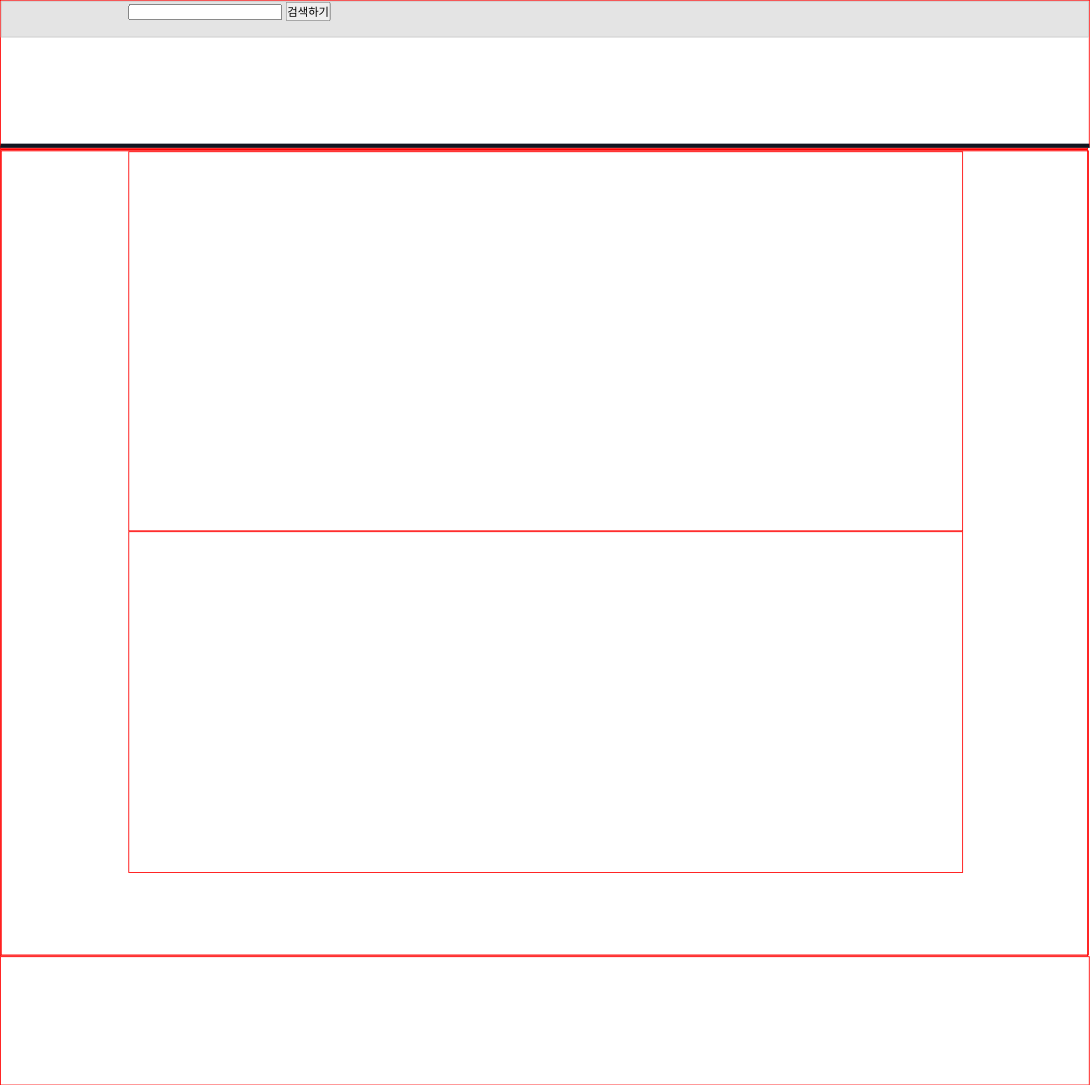
Repository: jungsoon-kim/home_study
Page: study/webzine.html
The author's editor kept a copy of each file at every save. The page is drawn from the files as they stood at one save, then again after the next save.
The browser window is 1280 px wide. The page is 1282 px wide, so the pictures cover 1282 px, including what lies to the right of the window. The pictures show the whole page, at 85% of full size.

Above is the page before, as saved 2015-09-14 14:24:56.

### study/webzine.html
<!doctype html>
<html lang="en">
<head>
	<meta charset="UTF-8" />
	<title>Document</title>
	<link rel="stylesheet" href="common.css" />
</head>
<body>
	<div id="wrap">
		<div id="header" class="bd">
				<div class="header-top">
					<div class="wrap">
						<fieldset>
							<legend class="ir">검색하기</legend>
							<label for="search"> </label>
							<input type="text" id="search" />
							<input type="submit" value="검색하기" />
						</fieldset>
					</div><!--common wrap[ex]-->

				</div><!--header-top[ex]-->
			<div class="wrap">


			</div><!--common wrap[ex]-->

		</div><!--header[ex]-->

		<div id="container" class="bd">

			<div id="visual" class="bd">


			</div><!--visual[ex]-->

			<div id="content" class="bd">
				<div class="wrap">
					<div class="article-top bd">

					</div><!--article-top[ex]-->

					<div class="article-down bd">

					</div><!--article-down[ex]-->

				</div><!--common wrap[ex]-->

			</div>

		</div><!--container[ex]-->

		<div id="footer" class="bd">
			<div class="wrap">


			</div><!--common wrap[ex]-->


		</div><!--footer[ex]-->


	</div><!--wrap[ex]-->


</body>
</html>

### study/common.css
*{margin: 0; padding: 0;}
ul,li {list-style-type: none;}
a {text-decoration: none;}
fieldset {border: 0 none;}
.clearfix:after {display:block; visibility:hidden; clear:both; height:0; content:'';}
.clearfix {*zoom:1;}
fieldset {border:0 none;}

.ir {width: 0; height: 0; font-size: 0; position:absolute; left:-999999px; top:-999999px; overflow:hidden;}
.bd {border:1px solid red;}
.bu {border: 1px solid blue;}
.by {border: 1px solid yellow;}
.bp { border:1px solid purple;}
.bb {border: 1px solid black;}
.bl {border:1px solid green;}

/*레이아웃*/
#wrap {width: 100%; height:auto; }
.wrap {width: 980px; margin: 0 auto;}
#header {width:100%; height:168px; border-bottom:5px #12151f solid;}
.header-top{height: 41px; background:#e4e4e4; border: 1px solid #cdcdcd;}







#contaier {width: 100%; height:1280px;}
.visual {width: 100%; height: 335px;}
#content {width: 100%; height: 945px;}
.article-top {width: 980px; height:445px;}
.article-down {width: 980px; height:400px;}
#footer {width: 100%; height:150px}

After the next save:
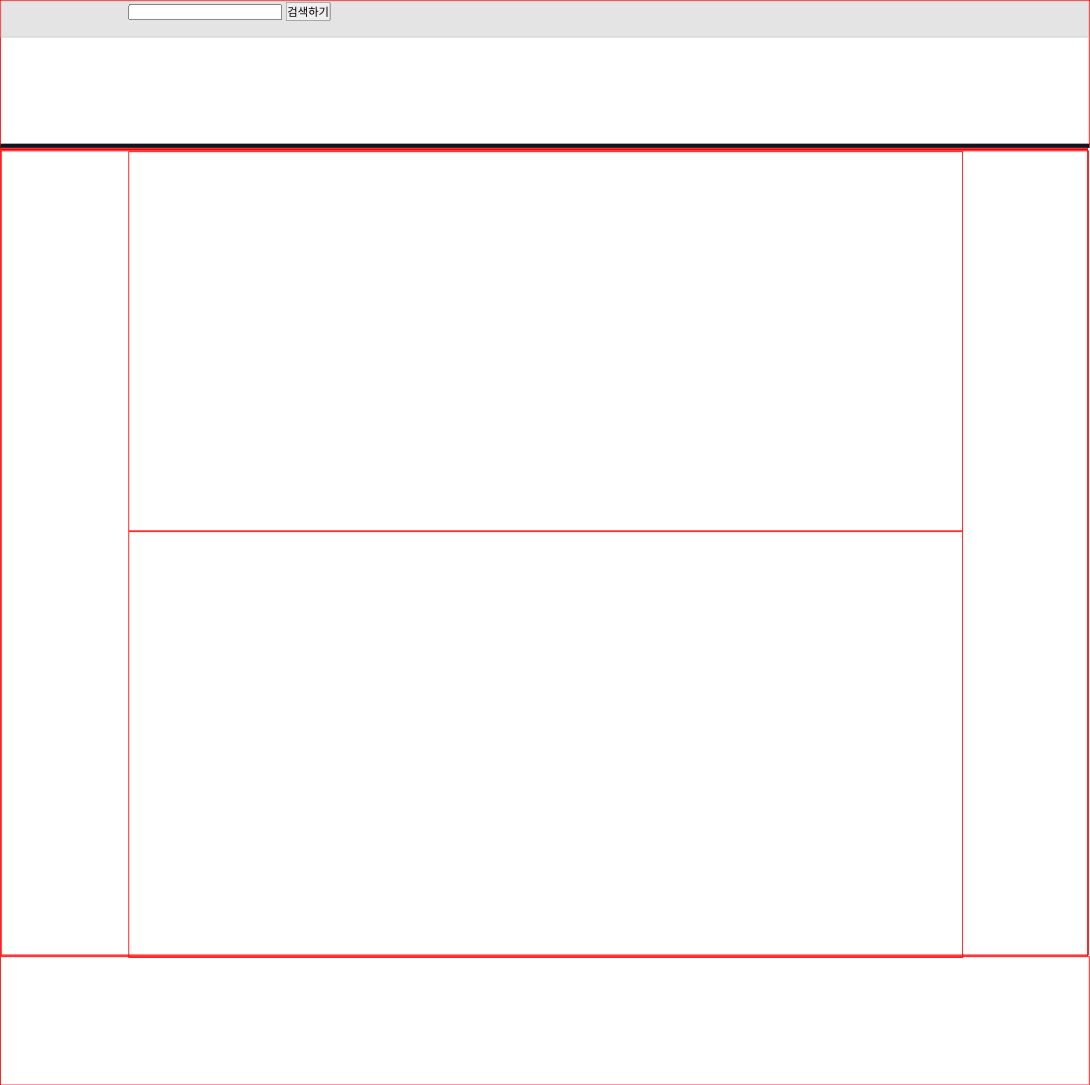
Saved 47 s later.
--- a/study/common.css
+++ b/study/common.css
@@ -30,5 +30,5 @@ fieldset {border:0 none;}
 .visual {width: 100%; height: 335px;}
 #content {width: 100%; height: 945px;}
 .article-top {width: 980px; height:445px;}
-.article-down {width: 980px; height:400px;}
+.article-down {width: 980px; height:500px;}
 #footer {width: 100%; height:150px}
